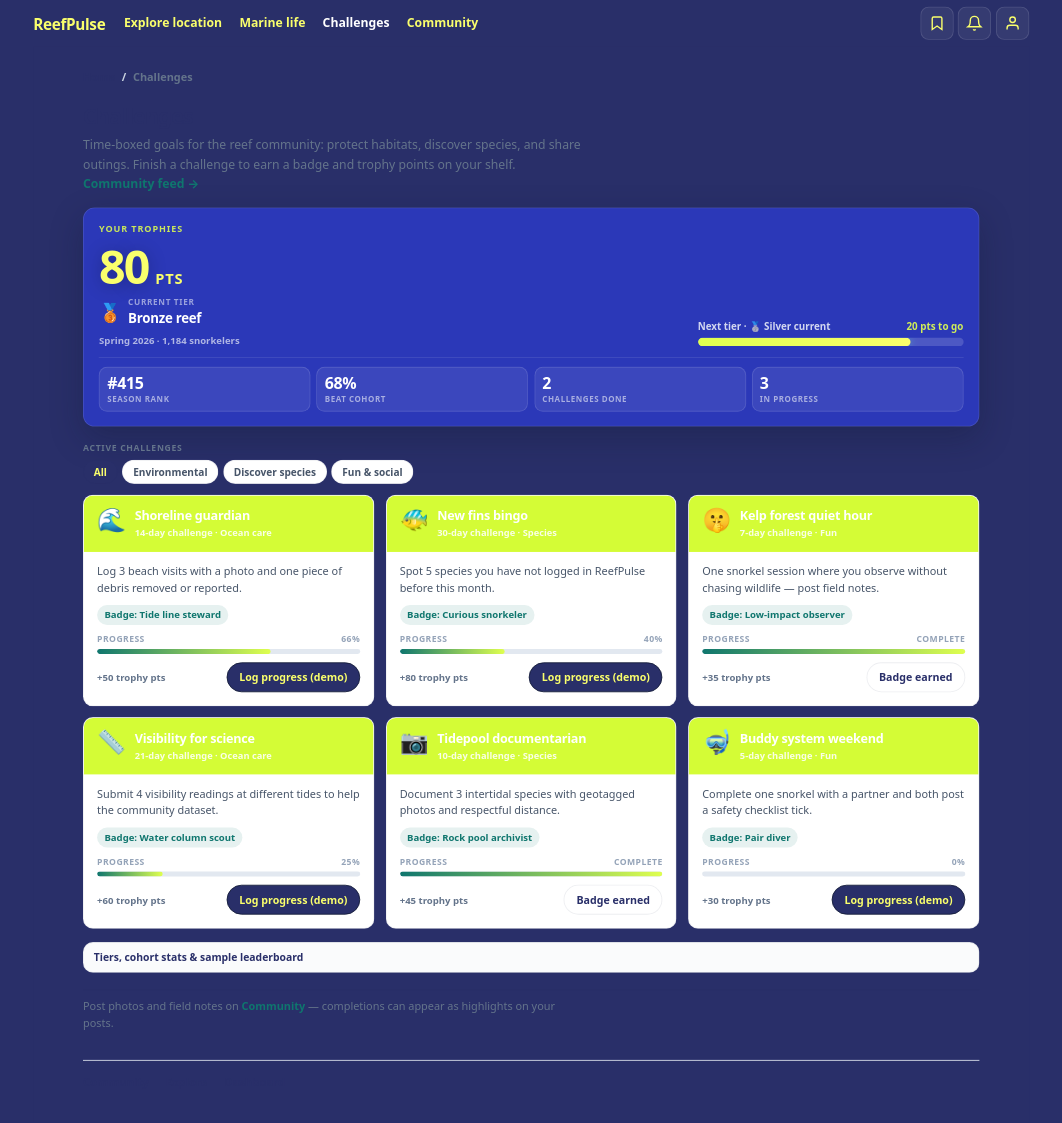
Repository: AayushSalvi/ReefPulse
Page: /challenges (app in frontend/)
These files come from the project's save history. The page is drawn as it stood at one moment and after the next save; the edit follows.
The browser window is 1280 px wide. The pictures show the whole page, at 83% of full size.
The project was rebuilt for these pictures with package versions that can differ from the ones it lists, and the page was loaded fresh each time. Also part of the build but not shown: frontend/vite.config.js, frontend/src/utils/geo.js, frontend/src/data/mockData.js, frontend/src/features/community/community.css, frontend/src/features/community/CommunityPage.jsx, frontend/src/features/explore/ExploreForecastRedirect.jsx, frontend/src/features/explore/ExploreMapsApiContext.jsx, frontend/src/features/explore/ExploreGoogleMapPanel.jsx and 20 more.

Above is the page before, as saved 2026-04-18 23:01:05.

After the next save:
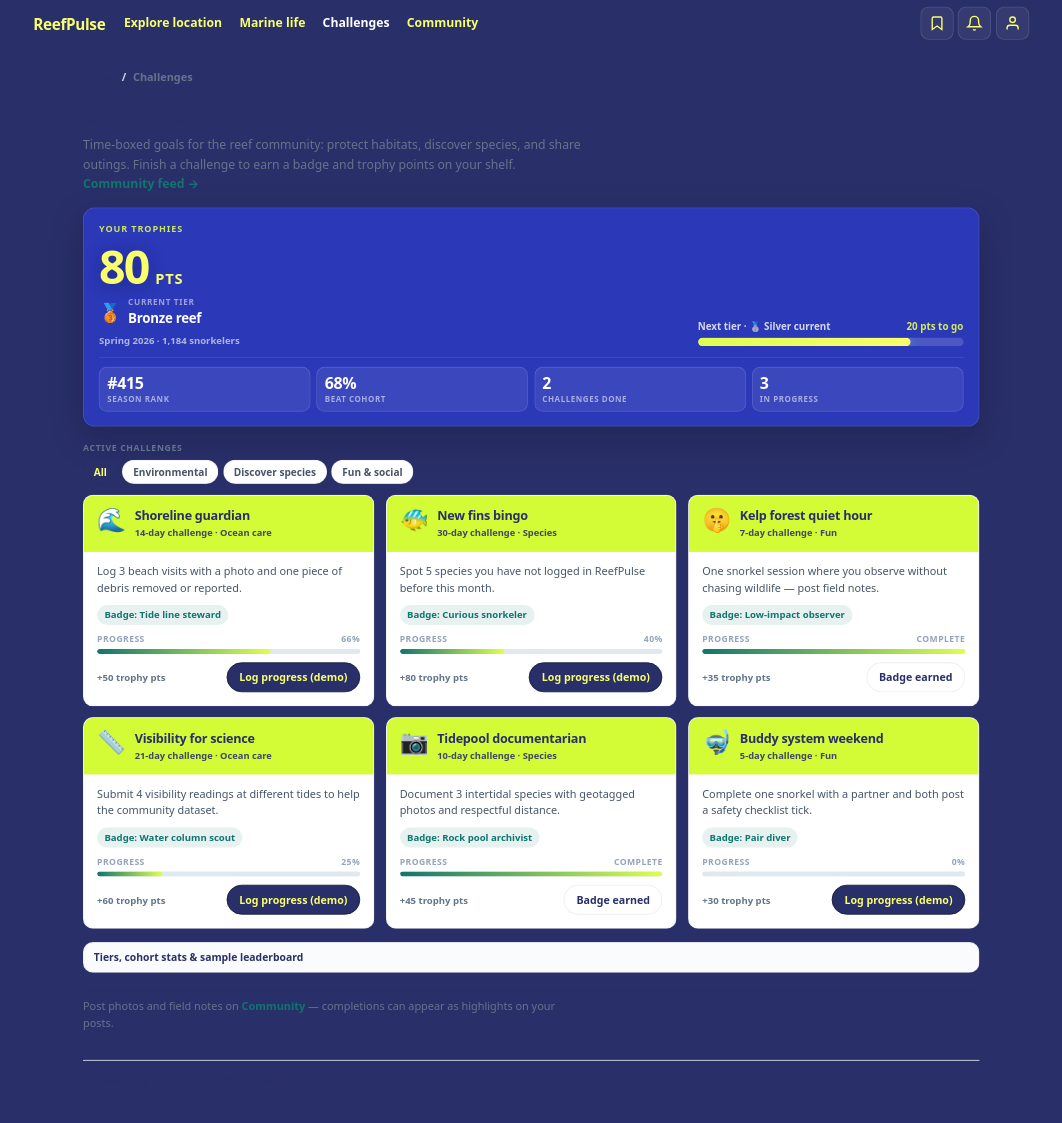
Saved 3 min 15 s later.
--- a/frontend/src/features/challenges/challenges.css
+++ b/frontend/src/features/challenges/challenges.css
@@ -473,7 +473,7 @@
   align-items: flex-start;
   gap: 0.65rem;
   background: #d4fc36;
-  color: #fff;
+  color: #292f69;
 }
 
 .ch-card__emoji {
